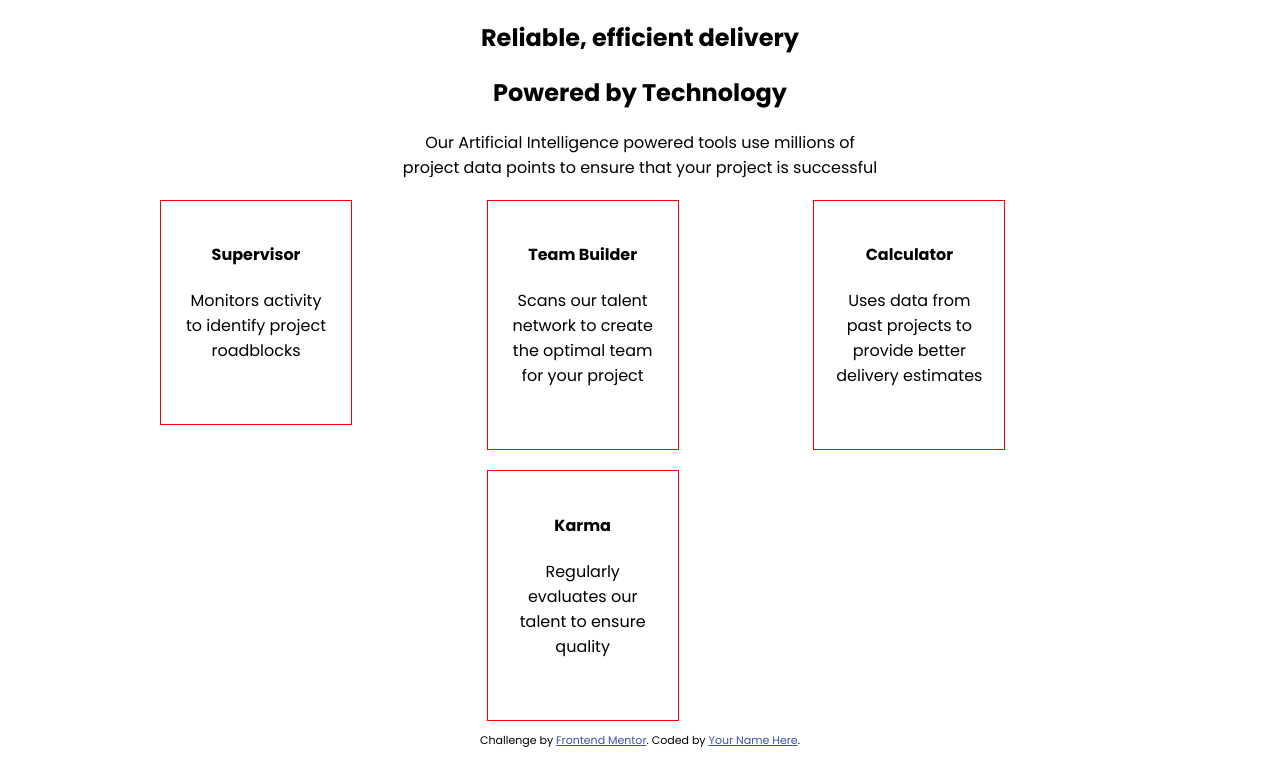
Repository: BuduCE/four-card-feature-section-master
Page: index.html
The author's editor kept a copy of each file at every save. The page is drawn from the files as they stood at one save, then again after the next save.
The browser window is 1280 px wide. The pictures show the whole page.

Above is the page before, as saved 2023-06-01 22:21:31.

### index.html
<!DOCTYPE html>
<html lang="en">
<head>
  <meta charset="UTF-8">
  <meta name="viewport" content="width=device-width, initial-scale=1.0"> <!-- displays site properly based on user's device -->

  <link rel="icon" type="image/png" sizes="32x32" href="./images/favicon-32x32.png">

  <title>Frontend Mentor | Four card feature section</title>

  <link rel="stylesheet" href="styles.css">
  <!-- Gogle font family -->
  <link rel="preconnect" href="https://fonts.googleapis.com">
  <link rel="preconnect" href="https://fonts.gstatic.com" crossorigin>
  <link
    href="https://fonts.googleapis.com/css2?family=Montserrat:ital,wght@0,200;0,300;0,400;0,500;0,600;0,700;0,800;0,900;1,200;1,300;1,400;1,500;1,600;1,700;1,800;1,900&family=Poppins:wght@100;200;300;400;500;700;900&display=swap"
    rel="stylesheet">
</head>
<body>
  <h2>Reliable, efficient delivery</h2>
  <h2>Powered by Technology</h2>

  <p class="header_detail">Our Artificial Intelligence powered tools use millions of project data points
  to ensure that your project is successful</p>

  <div class="product_card">
    <div class="card_containers">
      <div class="card">
        <h4>Supervisor</h4>
        <p>Monitors activity to identify project roadblocks</p>
        <img src="" alt="">
      </div>
    </div>

    <div class="card_containers special">
      <div class="card">
        <h4>Team Builder</h4>
        <p>Scans our talent network to create the optimal team for your project</p>
        <img src="" alt="">
      </div>

      <div class="card">
        <h4>Karma</h4>
        <p>Regularly evaluates our talent to ensure quality</p>
        <img src="" alt="">
      </div>
    </div>

    <div class="card_containers">
      <div class="card">
        <h4>Calculator</h4>
        <p>Uses data from past projects to provide better delivery estimates</p>
        <img src="" alt="">
      </div>
    </div>
  </div>

  <footer>
    <p class="attribution">
      Challenge by <a href="https://www.frontendmentor.io?ref=challenge" target="_blank">Frontend Mentor</a>.
      Coded by <a href="#">Your Name Here</a>.
    </p>
  </footer>
</body>
</html>

### styles.css
.attribution {
    font-size: 11px;
    text-align: center;
}

.attribution a {
    color: hsl(228, 45%, 44%);
}

body {
    font-family: 'Poppins', sans-serif;
    text-align: center;
    width: 75%;
    margin: auto;
}
.header_detail{
    width: 50%;
    margin: auto;
}
.product_card{
    display: grid;
    grid-template-columns: 1fr 1fr 1fr;
    /* display: flex;
    align-items: center; */
    gap: 20px;
    width: 100%;
    margin: auto;
    margin-top: 20px;
}
.card{
    width: 150px;
    padding: 20px;
    border: 1px solid red;
}
.special{
    display: flex;
    flex-direction: column;
    gap: 20px;
}

After the next save:
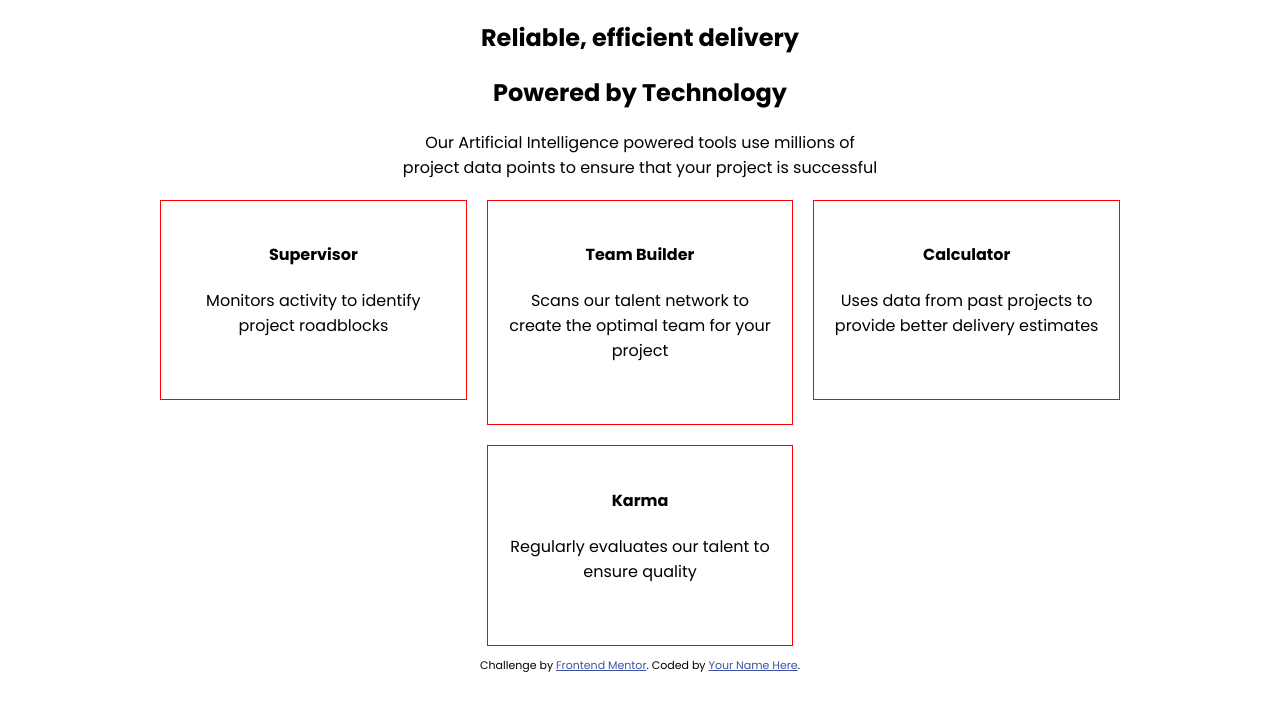
Saved 15 s later.
--- a/styles.css
+++ b/styles.css
@@ -28,7 +28,7 @@ body {
     margin-top: 20px;
 }
 .card{
-    width: 150px;
+    /* width: 150px; */
     padding: 20px;
     border: 1px solid red;
 }
